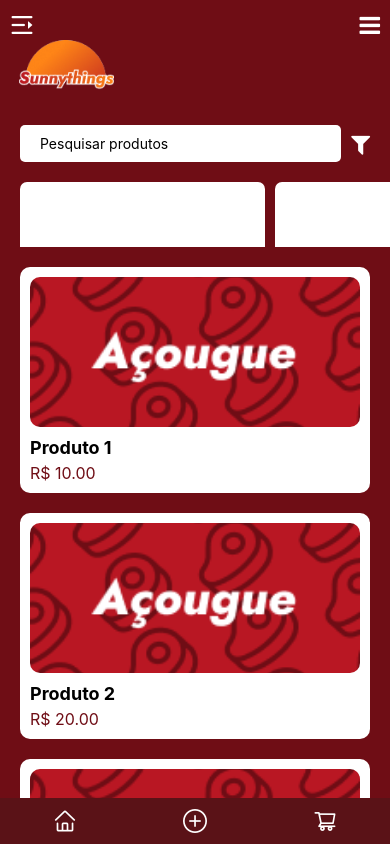
Repository: Luizzzin/SuperMercado
Screen: / (app in suny/)
An editor plug-in stored every save of this project. The screen is shown before and after the next save, followed by the edit.
An inner scrolling area shows only its first screen. The app was drawn by React Native's web renderer in a window 390 px wide. The project was rebuilt for these pictures with package versions that can differ from the ones it lists, and the page was loaded fresh each time.

Above is the screen before, as saved 2024-05-09 20:14:58.

### suny/App.js
import React from 'react';
import { NavigationContainer } from '@react-navigation/native';
import { createStackNavigator } from '@react-navigation/stack';
import Routes from './routes'; // Importe o componente Routes

const Stack = createStackNavigator();

const App = () => {
  return <Routes />;
}

export default App;

### suny/routes.js
import React from 'react';
import { NavigationContainer } from '@react-navigation/native';
import { createStackNavigator } from '@react-navigation/stack';
import HomeScreen from './HomeScreen'; // Importe o componente HomeScreen

const Stack = createStackNavigator();

const Routes = () => {
  return (
    <NavigationContainer>
      <HomeScreen />
    </NavigationContainer>
  );
}

export default Routes;

### suny/HomeScreen.js
import React from 'react';
import { View, Text, StyleSheet, TouchableOpacity, TextInput, Image, ScrollView } from 'react-native';
import { AntDesign, FontAwesome } from '@expo/vector-icons'; // Certifique-se de instalar o pacote expo-vector-icons

const HomeScreen = () => {

  const categories = ['Categoria 1', 'Categoria 2', 'Categoria 3', 'Categoria 4', 'Categoria 5', 'Categoria 6', 'Categoria 7'];

  const products = [
    { id: 1, name: 'Produto 1', price: 10, image: require('./path/to/image1.png') },
    { id: 2, name: 'Produto 2', price: 20, image: require('./path/to/image1.png') },
    { id: 3, name: 'Produto 3', price: 30, image: require('./path/to/image1.png') },
    { id: 4, name: 'Produto 4', price: 40, image: require('./path/to/image1.png') },
    { id: 5, name: 'Produto 5', price: 50, image: require('./path/to/image1.png') },
    { id: 6, name: 'Produto 6', price: 60, image: require('./path/to/image1.png') },
  ];

  return (
    <View style={styles.container}>
      {/* Header */}
      <View style={styles.header}>
        <TouchableOpacity onPress={() => console.log("Menu clicked")}>
          <AntDesign name="menu-fold" size={24} color="white" />
        </TouchableOpacity>
        <Image source={require('./path/to/your/logo.png')} style={styles.logo} />
        <TouchableOpacity onPress={() => console.log("Hamburger clicked")}>
          <FontAwesome name="bars" size={24} color="white" />
        </TouchableOpacity>
      </View>

      {/* Search Bar */}
      <View style={styles.searchBar}>
        <TextInput
          style={styles.input}
          placeholder="Pesquisar produtos"
        />
        <TouchableOpacity onPress={() => console.log("Filter clicked")}>
          <FontAwesome name="filter" size={24} color="white" />
        </TouchableOpacity>
      </View>

      {/* Category Carousel */}
      <ScrollView horizontal style={styles.carousel}>
        {categories.map((category, index) => (
          <TouchableOpacity key={index} style={styles.categoryItem}>
            <Text style={styles.categoryText}>{category}</Text>
          </TouchableOpacity>
        ))}
      </ScrollView>

      {/* Product Cards */}
      <ScrollView style={styles.productContainer}>
        {products.map(product => (
          <TouchableOpacity key={product.id} style={styles.productCard}>
            <Image source={product.image} style={styles.productImage} />
            <Text style={styles.productName}>{product.name}</Text>
            <Text style={styles.productPrice}>R$ {product.price.toFixed(2)}</Text>
          </TouchableOpacity>
        ))}
      </ScrollView>

      {/* Tab Bar */}
      <View style={styles.tabBar}>
        <TouchableOpacity onPress={() => console.log("Home clicked")} style={styles.tabItem}>
          <AntDesign name="home" size={24} color="white" />
        </TouchableOpacity>
        <TouchableOpacity onPress={() => console.log("Add clicked")} style={styles.tabItem}>
          <AntDesign name="pluscircleo" size={24} color="white" />
        </TouchableOpacity>
        <TouchableOpacity onPress={() => console.log("Cart clicked")} style={styles.tabItem}>
          <AntDesign name="shoppingcart" size={24} color="white" />
        </TouchableOpacity>
      </View>
    </View>
  );
}

const styles = StyleSheet.create({
  container: {
    flex: 1,
    backgroundColor: '#6F0D15',
  },
  header: {
    flexDirection: 'row',
    justifyContent: 'space-between',
    alignItems: 'center',
    paddingHorizontal: 10,
    paddingTop: 0,
  },
  logo: {
    width: 95,
    height: 50,
    right: 130,
    top: 40,
  },
  searchBar: {
    flexDirection: 'row',
    alignItems: 'center',
    paddingHorizontal: 20,
    marginTop: 75,
  },
  input: {
    flex: 1,
    backgroundColor: 'white',
    borderRadius: 5,
    paddingVertical: 10,
    paddingHorizontal: 20,
    marginRight: 10,
  },
  carousel: {
    marginTop: 20,
    paddingHorizontal: 20,
    marginBottom: 20,
  },
  categoryItem: {
    marginRight: 10,
    padding: 80,
    backgroundColor: 'white',
    borderRadius: 7,
  },
  categoryText: {
    color: '#6F0D15',
    fontSize: 16,
  },
  productContainer: {
    paddingHorizontal: 20,
  },
  productCard: {
    marginBottom: 20,
    backgroundColor: 'white',
    borderRadius: 10,
    padding: 10,
  },
  productImage: {
    width: '100%',
    height: 150,
    borderRadius: 10,
  },
  productName: {
    marginTop: 10,
    fontSize: 18,
    fontWeight: 'bold',
  },
  productPrice: {
    marginTop: 5,
    fontSize: 16,
    color: '#6F0D15',
  },
  tabBar: {
    flexDirection: 'row',
    justifyContent: 'space-around',
    backgroundColor: '#5A1217',
    paddingVertical: 10,
  },
  tabItem: {
    flex: 1,
    alignItems: 'center',
  },
});

export default HomeScreen;

After the next save:
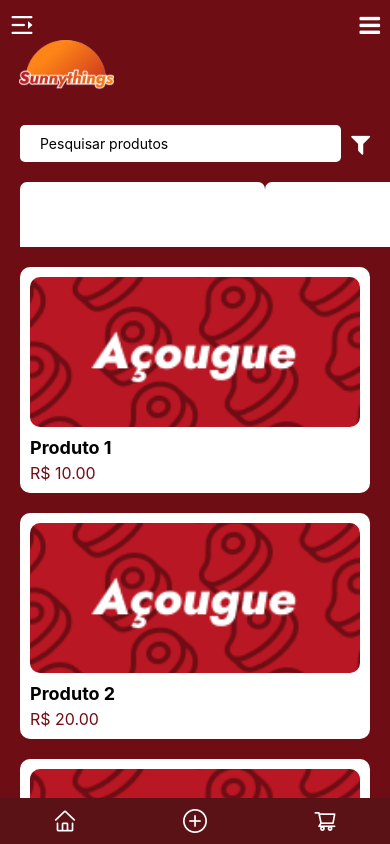
Saved 77 s later.
--- a/suny/HomeScreen.js
+++ b/suny/HomeScreen.js
@@ -113,7 +113,7 @@
     marginBottom: 20,
   },
   categoryItem: {
-    marginRight: 10,
+    marginRight: 0,
     padding: 80,
     backgroundColor: 'white',
     borderRadius: 7,

After the save that followed:
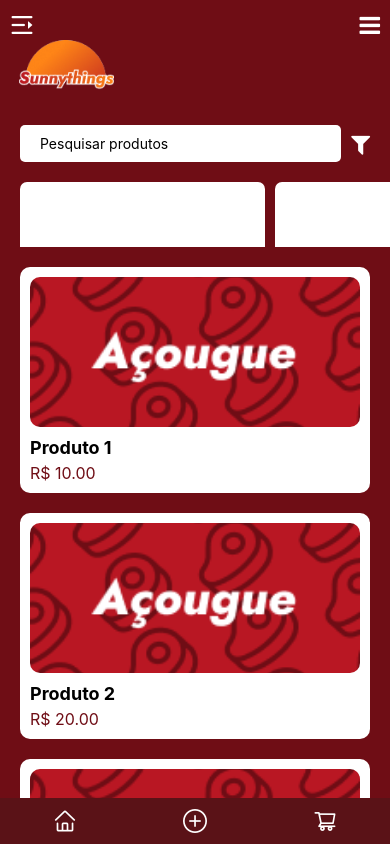
Saved 47 s later.
--- a/suny/HomeScreen.js
+++ b/suny/HomeScreen.js
@@ -113,7 +113,7 @@
     marginBottom: 20,
   },
   categoryItem: {
-    marginRight: 0,
+    marginRight: 10,
     padding: 80,
     backgroundColor: 'white',
     borderRadius: 7,
